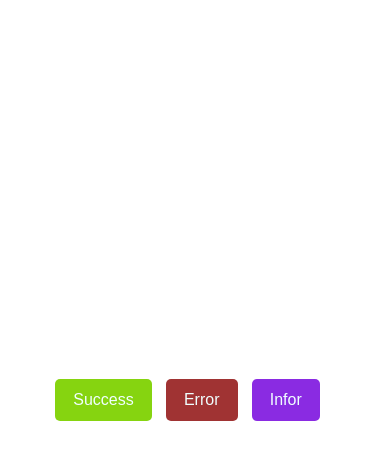
Repository: thuynguyen0964/Toast-Cooler
Page: index.html
These files come from the project's save history. The page is drawn as it stood at one moment and after a run of saves; the edit follows.
The browser window is 375 px wide. The pictures show the whole page.

Above is the page before, as saved 2023-01-26 21:41:38.

### index.html
<!DOCTYPE html>
<html lang="en">
  <head>
    <meta charset="UTF-8" />
    <meta http-equiv="X-UA-Compatible" content="IE=edge" />
    <meta name="viewport" content="width=device-width, initial-scale=1.0" />
    <title>Toast Mess Cooler</title>
    <link
      href="https://fonts.googleapis.com/css2?family=Montserrat:wght@300;400&display=swap"
      rel="stylesheet"
    />
    <link
      rel="stylesheet"
      href="https://cdnjs.cloudflare.com/ajax/libs/font-awesome/6.2.1/css/all.min.css"
    />
    <link rel="stylesheet" href="./app/style.css" />
  </head>
  <body>
    <ul class="container">

    </ul>
    <div class="button__set">
        <button class="btn" id="success">Success</button>
        <button class="btn" id="error">Error</button>
        <button class="btn" id="infor">Infor</button>
    </div>

    <script src="./app/main.js"></script>
  </body>
</html>

### app/style.css
*{
    margin: 0;
    padding: 0;
    box-sizing: border-box;
}
body{
    font-family: "Montserrat", sans-serif;
    display: flex;
    align-items: center;
    justify-content: center;
    min-height: 100vh;
}
.container{
    position: fixed;
    top: 30px;
    right: 20px;
}
.toast{
    width: 350x;
    list-style: none;
    border-left: 5px solid #9de031;
    border-radius: 5px;
    display: flex;
    align-items: center;
    justify-content: space-between;
    background-color: #e1ebe671;
    margin: 10px 0;
    animation: sliderin 0.5s ease forwards;
}

@keyframes sliderin {
    0%{
        transform: translate(calc(100% + 20px));
    }
    100%{
        transform: translate(0);
    }
}
.toast__text{
    padding: 0 12px;
}
.toast__desc,
.toast__title{
    margin: 8px 0;
}
.icon__close,
.icon{
    padding:0 10px;
    font-size: 24px;
}
.icon__close{
    cursor: pointer;
}

.success .icon{
    color:#86d410 ;
}
.error .icon{
    color: #a03333;
}
.infor .icon{
    color: blueviolet;
}

.btn{
    font-size: 16px;
    color: azure;
    border: unset;
    outline: none;
    padding: 12px 18px;
    margin: 0 5px;
    border-radius: 5px;
    cursor: pointer;
}
.btn:active{
    transform: scale(0.8);
}
.btn#success{
    background-color: #86d410;
}
.btn#error{
    background-color: #a03333;
}
.btn#infor{
    background-color: blueviolet;
}
@keyframes fadeout {
    0%{
        transform: translate(0);
    }
    100%{
        transform: translate(calc(100% + 20px));
    }
}
.hidden{
    animation: fadeout 0.5s linear forwards;
}

@media screen and (max-width : 600px){
    .container{
        width: 90%;
    }
    .container .toast{
        width: 100%;
        font-size: 16px;
        margin-left: 20px;
    }
    .btn{

    }
}

### app/main.js
let container = document.querySelector(".container");
let btns = document.querySelectorAll(".btn");
let toastDetails = {
  time: 3000,
  success: {
    icon: "fa-solid fa-circle-check",
    title: "success",
    text: "This is a success toast!!!",
  },
  error: {
    icon: "fa-solid fa-triangle-exclamation",
    title: "error",
    text: "This is a error toast!!!",
  },
  infor: {
    icon: "fa-solid fa-circle-info",
    title: "infor",
    text: "This is a infor toast!!!",
  },
};
let removeToast = (toast) => {
    if(toast.timeId){clearTimeout(toast.timeId)};
  toast.classList.add("hidden");
  setTimeout(() => {
    toast.remove();
  }, 500);
  //xoa toast khỏi DOM sau 0.5s
};

let createToast = function (id) {
  let { icon, text, title } = toastDetails[id];
  let toast = document.createElement("li");
  toast.className = `toast ${id}`;
  toast.innerHTML = `<div class="icon">
                        <i class="${icon}"></i>
                    </div>
                    <div class="toast__text">
                        <h4 class="toast__title">${title}</h4>
                        <p class="toast__desc">${text}</p>
                    </div>
                    <div class="icon__close">
                        <i class="fa-solid fa-circle-xmark"></i>
                    </div>`;

  container.appendChild(toast);
  toast.timeId = setTimeout(() => {
    removeToast(toast);
  }, toastDetails.time);
};

btns.forEach((value) => {
  value.addEventListener("click", () => {
    createToast(value.id);
  });
});

After the next 2 saves:
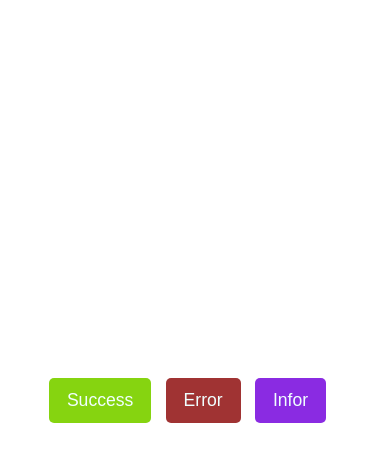
The 2 saves are shown as one change because they came seconds apart.
The last was saved 10 s later.
--- a/app/style.css
+++ b/app/style.css
@@ -106,6 +106,7 @@ body{
         margin-left: 20px;
     }
     .btn{
+        font-size: 1.1rem;
 
     }
 }
